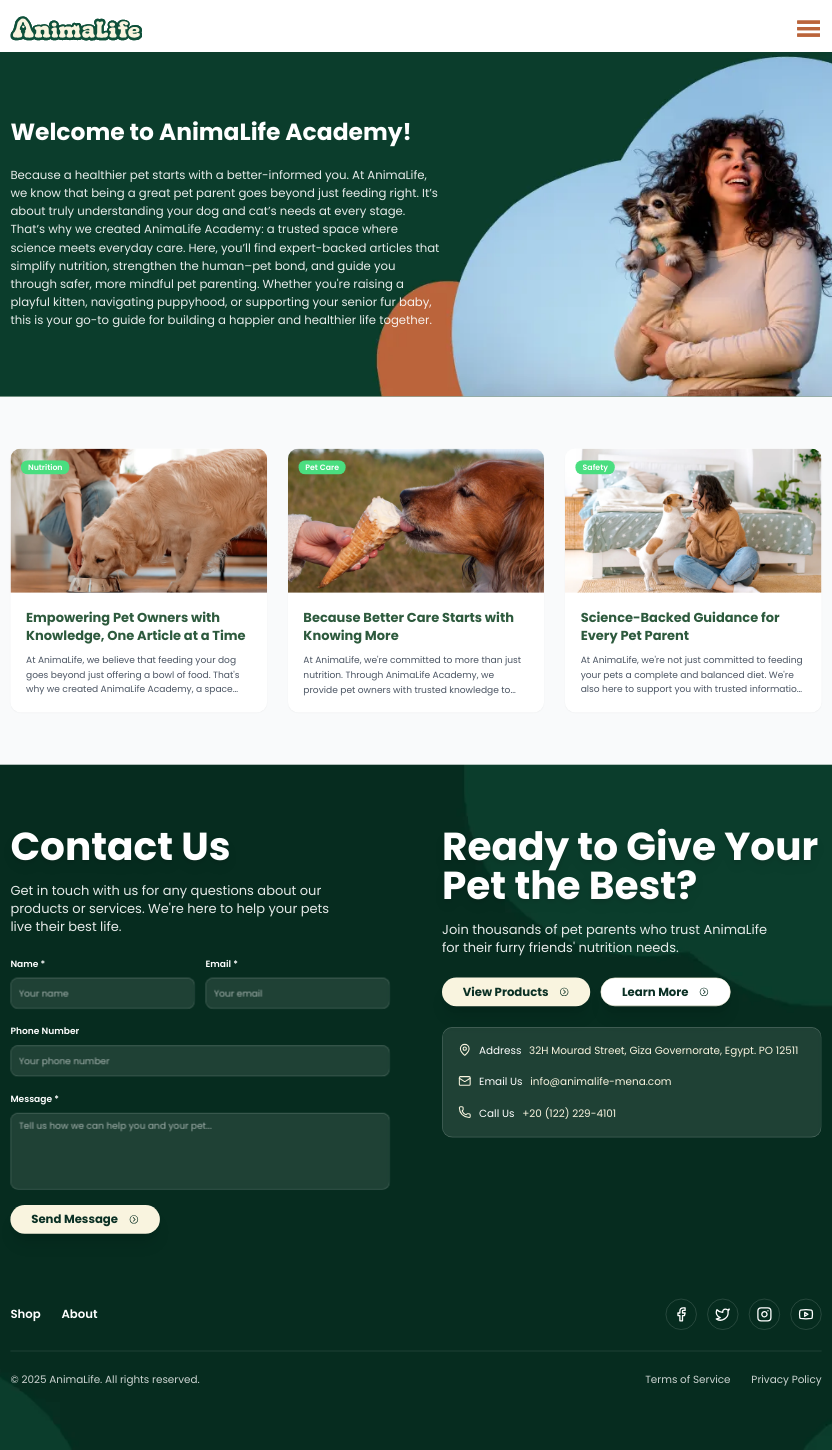
Repository: the-jupiteragency/animalife
Page: /academy
The author's editor kept a copy of each file at every save. The page is drawn from the files as they stood at one save, then again after the next save.
The browser window is 1280 px wide. The pictures show the whole page, at 65% of full size.
The project was rebuilt for these pictures with package versions that can differ from the ones it lists, and the page was loaded fresh each time. The framework's server and built-in components were replaced by stand-ins that run in the browser. Also part of the build but not shown: next.config.mjs.

Above is the page before, as saved 2025-08-10 17:38:49.

### app/layout.tsx
import type { Metadata, Viewport } from "next";
import "./globals.css";
import { Header } from "@/components/header";
import { Footer } from "@/components/footer";
import Script from "next/script";

export const metadata: Metadata = {
  metadataBase: new URL('https://animalife.vercel.app'),
  title: {
    default: "AnimaLife | Science-Driven Pet Nutrition & Wellness",
    template: "%s | AnimaLife"
  },
  description:
    "AnimaLife offers science-driven, complete, and balanced nutrition for pets. Discover products tailored to your pet's unique needs, expert advice, and a passionate community of animal lovers.",
  keywords: [
    "AnimaLife",
    "pet nutrition",
    "dog food",
    "cat food",
    "science-based pet care",
    "pet wellness",
    "healthy pets",
    "animal health",
    "pet products",
    "pet academy",
    "pet community",
    "premium pet food",
    "natural pet nutrition",
    "pet health supplements"
  ],
  authors: [{ name: "AnimaLife Team", url: "https://animalife.vercel.app" }],
  creator: "AnimaLife",
  publisher: "AnimaLife",
  formatDetection: {
    email: false,
    address: false,
    telephone: false,
  },
  category: 'Pet Care',
  classification: 'Pet Nutrition and Wellness',
  openGraph: {
    title: "AnimaLife | Science-Driven Pet Nutrition & Wellness",
    description:
      "AnimaLife offers science-driven, complete, and balanced nutrition for pets. Discover products tailored to your pet's unique needs, expert advice, and a passionate community of animal lovers.",
    url: "https://animalife.vercel.app",
    siteName: "AnimaLife",
    images: [
      {
        url: "/hero1.webp",
        width: 1200,
        height: 630,
        alt: "AnimaLife - Science-Driven Pet Nutrition",
      },
    ],
    locale: "en_US",
    type: "website",
  },
  twitter: {
    card: 'summary_large_image',
    title: 'AnimaLife | Science-Driven Pet Nutrition & Wellness',
    description: 'AnimaLife offers science-driven, complete, and balanced nutrition for pets. Discover products tailored to your pet\'s unique needs.',
    images: ['/hero1.webp'],
    creator: '@animalife',
    site: '@animalife'
  },
  robots: {
    index: true,
    follow: true,
    googleBot: {
      index: true,
      follow: true,
      'max-video-preview': -1,
      'max-image-preview': 'large',
      'max-snippet': -1,
    },
  },
  icons: {
    icon: [
      { url: '/favicon.ico' },
      { url: '/favicon.png', type: 'image/png' },
    ],
    shortcut: '/favicon.ico',
    apple: [
      { url: '/apple-touch-icon.png' },
      { url: '/apple-touch-icon-72x72.png', sizes: '72x72', type: 'image/png' },
      { url: '/apple-touch-icon-114x114.png', sizes: '114x114', type: 'image/png' },
    ],
  },
  manifest: '/site.webmanifest',
  alternates: {
    canonical: 'https://animalife.vercel.app',
  },
  verification: {
    google: 'your-google-verification-code',
    yandex: 'your-yandex-verification-code',
    yahoo: 'your-yahoo-verification-code',
  },
};

export const viewport: Viewport = {
  themeColor: "#1B4838",
};

const jsonLd = {
  '@context': 'https://schema.org',
  '@type': 'Organization',
  name: 'AnimaLife',
  url: 'https://animalife.vercel.app',
  logo: 'https://animalife.vercel.app/logo.svg',
  description: 'AnimaLife offers science-driven, complete, and balanced nutrition for pets.',
  contactPoint: {
    '@type': 'ContactPoint',
    contactType: 'Customer Service',
    availableLanguage: 'English'
  },
  sameAs: [
    'https://facebook.com/animalife',
    'https://twitter.com/animalife',
    'https://instagram.com/animalife'
  ],
  address: {
    '@type': 'PostalAddress',
    addressCountry: 'EG'
  }
};

export default function RootLayout({
  children,
}: Readonly<{
  children: React.ReactNode;
}>) {
  return (
    <html lang="en">
      <head>
        <link rel="preconnect" href="https://fonts.googleapis.com" />
        <link rel="preconnect" href="https://fonts.gstatic.com" crossOrigin="anonymous" />
        <link rel="dns-prefetch" href="https://fonts.googleapis.com" />
        <meta name="theme-color" content="#1B4838" />
        <meta name="msapplication-TileColor" content="#1B4838" />
        <meta name="apple-mobile-web-app-capable" content="yes" />
        <meta name="apple-mobile-web-app-status-bar-style" content="default" />
        <meta name="format-detection" content="telephone=no" />
        <Script
          id="json-ld"
          type="application/ld+json"
          dangerouslySetInnerHTML={{ __html: JSON.stringify(jsonLd) }}
        />
      </head>
      <body>
        <Header />
        {children}
        <Footer />
      </body>
    </html>
  );
}

### app/academy/page.tsx
"use client";

import { Card, CardContent } from "@/components/ui/card";
import { Badge } from "@/components/ui/badge";
import Image from "next/image";
import Link from "next/link";
import { Header } from "@/components/header";
import { AcademyPosts } from "@/app/data/academy-posts";

// Remove the hardcoded blogPosts array and use:
const blogPosts = AcademyPosts;

export default function AcademyPage() {
  return (
    <div className="min-h-screen bg-white">
      {/* Header */}
      <Header />
      {/* Add top padding to account for fixed header */}
      <div className="pt-20">
        {/* Hero Banner Section */}
        <section className="relative h-[530px] bg-[#2d5a3d] overflow-hidden">
          <div className="absolute inset-0">
            <Image
              src="/academy-banner.webp"
              alt="Academy Banner"
              fill
              className="object-cover w-full h-full"
              priority
            />
          </div>
          <div className="relative z-10 container mx-auto px-4 h-full flex items-center">
            <div className="max-w-3xl">
              <h1 className="text-4xl md:text-5xl lg:text-4xl font-bold text-white mb-8 leading-tight">
                Welcome to AnimaLife Academy!
              </h1>
              <p className="w-[660px] md:w-[400px] sm:w-[660px] lg:w-[660px] text-lg md:text-lg text-white/90 leading-normal">
                Because a healthier pet starts with a better-informed you. At
                AnimaLife, we know that being a great pet parent goes beyond
                just feeding right. It’s about truly understanding your dog and
                cat’s needs at every stage. That’s why we created AnimaLife
                Academy: a trusted space where science meets everyday care.
                Here, you’ll find expert-backed articles that simplify
                nutrition, strengthen the human–pet bond, and guide you through
                safer, more mindful pet parenting. Whether you're raising a
                playful kitten, navigating puppyhood, or supporting your senior
                fur baby, this is your go-to guide for building a happier and
                healthier life together.
              </p>
            </div>
          </div>
        </section>

        {/* Blog Posts Grid */}
        <section className="py-12 md:py-20 bg-gray-50">
          <div className="container mx-auto px-4">
            <div className="grid grid-cols-1 md:grid-cols-2 lg:grid-cols-3 gap-6 md:gap-8">
              {blogPosts.map((post) => (
                <Link key={post.id} href={`/academy/${post.slug}`}>
                  <Card className="cursor-pointer transform transition-all duration-300 hover:scale-105 hover:shadow-xl bg-white border-0 rounded-2xl overflow-hidden group">
                    <CardContent className="p-0">
                      <div className="aspect-video relative overflow-hidden">
                        <Image
                          src={post.image || "/placeholder.svg"}
                          alt={post.title}
                          fill
                          className="object-cover w-full h-full group-hover:scale-105 transition-all duration-500"
                          sizes="(max-width: 768px) 100vw, (max-width: 1200px) 50vw, 33vw"
                        />
                        <div className="absolute top-4 left-4">
                          <Badge className="bg-[#4ade80] text-white hover:bg-[#22c55e] group-hover:scale-110 transition-transform duration-300">
                            {post.category}
                          </Badge>
                        </div>
                      </div>

                      <div className="p-4 md:p-6">
                        <h3 className="text-lg md:text-xl font-bold text-[#2d5a3d] mb-3 line-clamp-2 group-hover:text-[#1e3a2a] transition-colors duration-300">
                          {post.title}
                        </h3>
                        <p className="text-gray-600 text-sm leading-relaxed line-clamp-3 group-hover:text-gray-700 transition-colors duration-300">
                          {post.excerpt}
                        </p>
                      </div>
                    </CardContent>
                  </Card>
                </Link>
              ))}
            </div>
          </div>
        </section>
      </div>{" "}
      {/* Close pt-20 div */}
    </div>
  );
}

### components/header.tsx
"use client";

import { useState, useEffect } from "react";
import { Menu, X } from "lucide-react";
import { GiHamburgerMenu } from "react-icons/gi";
import { IoMdCloseCircle } from "react-icons/io";
import { Button } from "@/components/ui/button";
import Link from "next/link";
import Image from "next/image";

export function Header() {
  const [isMenuOpen, setIsMenuOpen] = useState(false);
  const [scrolled, setScrolled] = useState(false);

  useEffect(() => {
    const handleScroll = () => {
      setScrolled(window.scrollY > 10);
    };
    window.addEventListener("scroll", handleScroll);
    return () => window.removeEventListener("scroll", handleScroll);
  }, []);

  return (
    <header
      className={`fixed top-0 left-0 right-0 z-50 transition-colors duration-300 ${
        scrolled ? "bg-[#0A3D2C]" : "bg-transparent"
      }`}
    >
      <div className="container mx-auto px-4 py-4 md:py-6 flex items-center justify-between font-mono font-normal text-base bg-transparent text-[rgba(249,244,223,1)] flex-row">
        <Link
          href="/"
          className="text-white text-xl md:text-2xl font-bold hover:text-green-200 transition-colors"
        >
          <Image
            src="/logo.svg"
            alt="AnimaLife"
            width={120}
            height={120}
            priority
            style={{ width: "auto", height: "auto" }}
          />
        </Link>

        <div
          className="transition-all duration-300 hover:scale-110"
          onClick={() => setIsMenuOpen(!isMenuOpen)}
        >
          {isMenuOpen ? (
            <IoMdCloseCircle
              className={`h-10 w-10 ${scrolled ? "text-white" : "text-[#1B4838]"}`}
            />
          ) : (
            <GiHamburgerMenu
              className={`h-10 w-10 ${scrolled ? "text-white" : "md:text-[#BA643B]"}`}
            />
          )}
        </div>
      </div>

      {/* Menu Overlay */}
      {isMenuOpen && (
        <div className="fixed inset-0 z-50 bg-[#2d5a3d]">
          <div className="absolute top-4 right-4">
            <div
              className="text-white transition-all duration-300 hover:scale-110"
              onClick={() => setIsMenuOpen(false)}
            >
              <IoMdCloseCircle className="h-12 w-12" />
            </div>
          </div>

          <div className="flex items-center justify-center min-h-screen">
            <nav className="text-center space-y-8 md:space-y-12">
              <Link
                href="/"
                className="block text-white text-xl md:text-2xl font-medium hover:text-green-200 transition-colors"
                onClick={() => setIsMenuOpen(false)}
              >
                Home
              </Link>
              <Link
                href="/products"
                className="block text-white text-xl md:text-2xl font-medium hover:text-green-200 transition-colors"
                onClick={() => setIsMenuOpen(false)}
              >
                Our Products
              </Link>
              <Link
                href="/about"
                className="block text-white text-xl md:text-2xl font-medium hover:text-green-200 transition-colors"
                onClick={() => setIsMenuOpen(false)}
              >
                Discover AnimaLife
              </Link>
              <Link
                href="/academy"
                className="block text-white text-xl md:text-2xl font-medium hover:text-green-200 transition-colors"
                onClick={() => setIsMenuOpen(false)}
              >
                AnimaLife Academy
              </Link>
            </nav>
          </div>
        </div>
      )}
    </header>
  );
}

### components/ui/card.tsx
import * as React from "react"

import { cn } from "@/lib/utils"

const Card = React.forwardRef<
  HTMLDivElement,
  React.HTMLAttributes<HTMLDivElement>
>(({ className, ...props }, ref) => (
  <div
    ref={ref}
    className={cn(
      "rounded-lg border bg-card text-card-foreground shadow-sm",
      className
    )}
    {...props}
  />
))
Card.displayName = "Card"

const CardHeader = React.forwardRef<
  HTMLDivElement,
  React.HTMLAttributes<HTMLDivElement>
>(({ className, ...props }, ref) => (
  <div
    ref={ref}
    className={cn("flex flex-col space-y-1.5 p-6", className)}
    {...props}
  />
))
CardHeader.displayName = "CardHeader"

const CardTitle = React.forwardRef<
  HTMLDivElement,
  React.HTMLAttributes<HTMLDivElement>
>(({ className, ...props }, ref) => (
  <div
    ref={ref}
    className={cn(
      "text-2xl font-semibold leading-none tracking-tight",
      className
    )}
    {...props}
  />
))
CardTitle.displayName = "CardTitle"

const CardDescription = React.forwardRef<
  HTMLDivElement,
  React.HTMLAttributes<HTMLDivElement>
>(({ className, ...props }, ref) => (
  <div
    ref={ref}
    className={cn("text-sm text-muted-foreground", className)}
    {...props}
  />
))
CardDescription.displayName = "CardDescription"

const CardContent = React.forwardRef<
  HTMLDivElement,
  React.HTMLAttributes<HTMLDivElement>
>(({ className, ...props }, ref) => (
  <div ref={ref} className={cn("p-6 pt-0", className)} {...props} />
))
CardContent.displayName = "CardContent"

const CardFooter = React.forwardRef<
  HTMLDivElement,
  React.HTMLAttributes<HTMLDivElement>
>(({ className, ...props }, ref) => (
  <div
    ref={ref}
    className={cn("flex items-center p-6 pt-0", className)}
    {...props}
  />
))
CardFooter.displayName = "CardFooter"

export { Card, CardHeader, CardFooter, CardTitle, CardDescription, CardContent }

### components/ui/badge.tsx
import * as React from "react"
import { cva, type VariantProps } from "class-variance-authority"

import { cn } from "@/lib/utils"

const badgeVariants = cva(
  "inline-flex items-center rounded-full border px-2.5 py-0.5 text-xs font-semibold transition-colors focus:outline-none focus:ring-2 focus:ring-ring focus:ring-offset-2",
  {
    variants: {
      variant: {
        default:
          "border-transparent bg-primary text-primary-foreground hover:bg-primary/80",
        secondary:
          "border-transparent bg-secondary text-secondary-foreground hover:bg-secondary/80",
        destructive:
          "border-transparent bg-destructive text-destructive-foreground hover:bg-destructive/80",
        outline: "text-foreground",
      },
    },
    defaultVariants: {
      variant: "default",
    },
  }
)

export interface BadgeProps
  extends React.HTMLAttributes<HTMLDivElement>,
    VariantProps<typeof badgeVariants> {}

function Badge({ className, variant, ...props }: BadgeProps) {
  return (
    <div className={cn(badgeVariants({ variant }), className)} {...props} />
  )
}

export { Badge, badgeVariants }

### components/ui/button.tsx
import * as React from "react";
import { Slot } from "@radix-ui/react-slot";
import { cva, type VariantProps } from "class-variance-authority";

import { cn } from "@/lib/utils";

const buttonVariants = cva(
  "inline-flex items-center justify-center gap-2 whitespace-nowrap rounded-md text-sm font-medium ring-offset-background transition-colors focus-visible:outline-none focus-visible:ring-2 focus-visible:ring-ring focus-visible:ring-offset-2 disabled:pointer-events-none disabled:opacity-50 [&_svg]:pointer-events-none [&_svg]:size-4 [&_svg]:shrink-0",
  {
    variants: {
      variant: {
        default: "bg-primary text-primary-foreground hover:bg-primary/90",
        destructive:
          "bg-destructive text-destructive-foreground hover:bg-destructive/90",
        outline:
          "border border-input bg-background hover:bg-accent hover:text-accent-foreground",
        secondary:
          "bg-secondary text-secondary-foreground hover:bg-secondary/80",
        ghost: "hover:bg-accent hover:text-accent-foreground",
        link: "text-primary underline-offset-4 hover:underline",
        icon: "bg-transparent",
        hover:
          "bg-[#F9F4DF] text-[#0A3024] hover:bg-[#A7552E] hover:text-white",
      },
      size: {
        default: "h-10 px-4 py-2",
        sm: "h-9 rounded-md px-3",
        lg: "h-11 rounded-md px-8",
        icon: "h-10 w-10",
      },
    },
    defaultVariants: {
      variant: "default",
      size: "default",
    },
  }
);

export interface ButtonProps
  extends React.ButtonHTMLAttributes<HTMLButtonElement>,
    VariantProps<typeof buttonVariants> {
  asChild?: boolean;
}

const Button = React.forwardRef<HTMLButtonElement, ButtonProps>(
  ({ className, variant, size, asChild = false, ...props }, ref) => {
    const Comp = asChild ? Slot : "button";
    return (
      <Comp
        className={cn(buttonVariants({ variant, size, className }))}
        ref={ref}
        {...props}
      />
    );
  }
);
Button.displayName = "Button";

export { Button, buttonVariants };

### components/ui/input.tsx
import * as React from "react"

import { cn } from "@/lib/utils"

const Input = React.forwardRef<HTMLInputElement, React.ComponentProps<"input">>(
  ({ className, type, ...props }, ref) => {
    return (
      <input
        type={type}
        className={cn(
          "flex h-10 w-full rounded-md border border-input bg-background px-3 py-2 text-base ring-offset-background file:border-0 file:bg-transparent file:text-sm file:font-medium file:text-foreground placeholder:text-muted-foreground focus-visible:outline-none focus-visible:ring-2 focus-visible:ring-ring focus-visible:ring-offset-2 disabled:cursor-not-allowed disabled:opacity-50 md:text-sm",
          className
        )}
        ref={ref}
        {...props}
      />
    )
  }
)
Input.displayName = "Input"

export { Input }

### tailwind.config.ts
import type { Config } from "tailwindcss";

const config: Config = {
  darkMode: ["class"],
  content: [
    "./pages/**/*.{js,ts,jsx,tsx,mdx}",
    "./components/**/*.{js,ts,jsx,tsx,mdx}",
    "./app/**/*.{js,ts,jsx,tsx,mdx}",
    "*.{js,ts,jsx,tsx,mdx}",
  ],
  theme: {
    extend: {
      colors: {
        background: "hsl(var(--background))",
        foreground: "hsl(var(--foreground))",
        card: {
          DEFAULT: "hsl(var(--card))",
          foreground: "hsl(var(--card-foreground))",
        },
        popover: {
          DEFAULT: "hsl(var(--popover))",
          foreground: "hsl(var(--popover-foreground))",
        },
        primary: {
          DEFAULT: "hsl(var(--primary))",
          foreground: "hsl(var(--primary-foreground))",
        },
        secondary: {
          DEFAULT: "hsl(var(--secondary))",
          foreground: "hsl(var(--secondary-foreground))",
        },
        muted: {
          DEFAULT: "hsl(var(--muted))",
          foreground: "hsl(var(--muted-foreground))",
        },
        accent: {
          DEFAULT: "hsl(var(--accent))",
          foreground: "hsl(var(--accent-foreground))",
        },
        destructive: {
          DEFAULT: "hsl(var(--destructive))",
          foreground: "hsl(var(--destructive-foreground))",
        },
        border: "hsl(var(--border))",
        input: "hsl(var(--input))",
        ring: "hsl(var(--ring))",
        chart: {
          "1": "hsl(var(--chart-1))",
          "2": "hsl(var(--chart-2))",
          "3": "hsl(var(--chart-3))",
          "4": "hsl(var(--chart-4))",
          "5": "hsl(var(--chart-5))",
        },
        sidebar: {
          DEFAULT: "hsl(var(--sidebar-background))",
          foreground: "hsl(var(--sidebar-foreground))",
          primary: "hsl(var(--sidebar-primary))",
          "primary-foreground": "hsl(var(--sidebar-primary-foreground))",
          accent: "hsl(var(--sidebar-accent))",
          "accent-foreground": "hsl(var(--sidebar-accent-foreground))",
          border: "hsl(var(--sidebar-border))",
          ring: "hsl(var(--sidebar-ring))",
        },
      },
      borderRadius: {
        lg: "var(--radius)",
        md: "calc(var(--radius) - 2px)",
        sm: "calc(var(--radius) - 4px)",
      },
      fontFamily: {
        sans: [
          'Poppins',
          '-apple-system',
          'BlinkMacSystemFont',
          'Segoe UI',
          'Roboto',
          'Oxygen',
          'Ubuntu',
          'Cantarell',
          'Fira Sans',
          'Droid Sans',
          'Helvetica Neue',
          'sans-serif'
        ],
        headline: [
          'Co Headline',
          'Poppins',
          '-apple-system',
          'BlinkMacSystemFont',
          'Segoe UI',
          'sans-serif'
        ],
      },
      keyframes: {
        "accordion-down": {
          from: {
            height: "0",
          },
          to: {
            height: "var(--radix-accordion-content-height)",
          },
        },
        "accordion-up": {
          from: {
            height: "var(--radix-accordion-content-height)",
          },
          to: {
            height: "0",
          },
        },
      },
      animation: {
        "accordion-down": "accordion-down 0.2s ease-out",
        "accordion-up": "accordion-up 0.2s ease-out",
      },
    },
  },
  plugins: [require("tailwindcss-animate")],
};
export default config;

Loaded but not shown: components/ui/textarea.tsx (common file); lib/utils.ts (common file); components/footer.tsx (439 lines, source omitted); app/data/academy-posts.ts (242 lines, source omitted); app/globals.css (185 lines, source omitted)

After the next save:
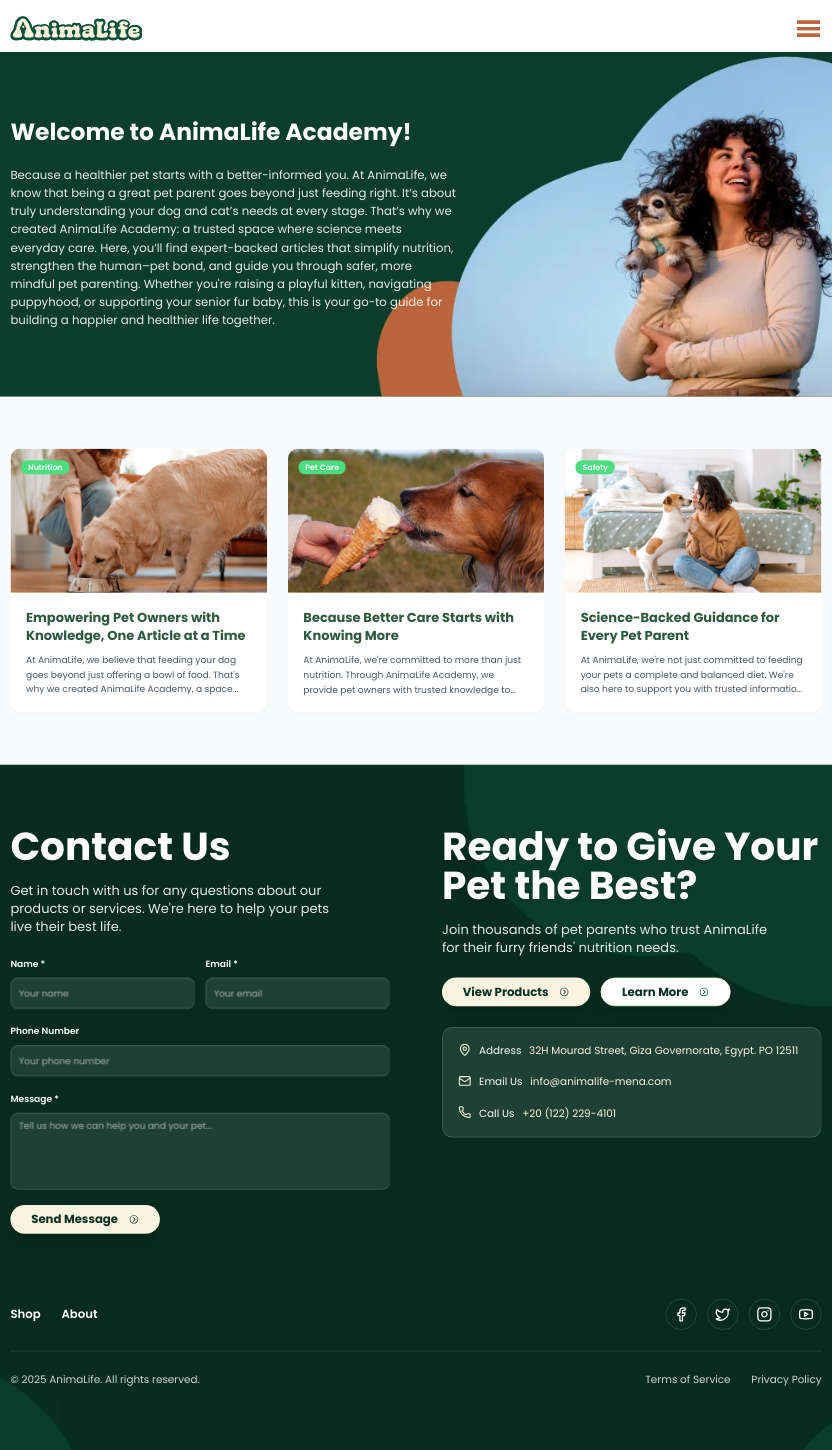
Saved 24 s later.
--- a/app/academy/page.tsx
+++ b/app/academy/page.tsx
@@ -33,7 +33,7 @@
               <h1 className="text-4xl md:text-5xl lg:text-4xl font-bold text-white mb-8 leading-tight">
                 Welcome to AnimaLife Academy!
               </h1>
-              <p className="w-[660px] md:w-[400px] sm:w-[660px] lg:w-[660px] text-lg md:text-lg text-white/90 leading-normal">
+              <p className="w-[690px] text-lg md:text-lg text-white/90 leading-relaxed">
                 Because a healthier pet starts with a better-informed you. At
                 AnimaLife, we know that being a great pet parent goes beyond
                 just feeding right. It’s about truly understanding your dog and
